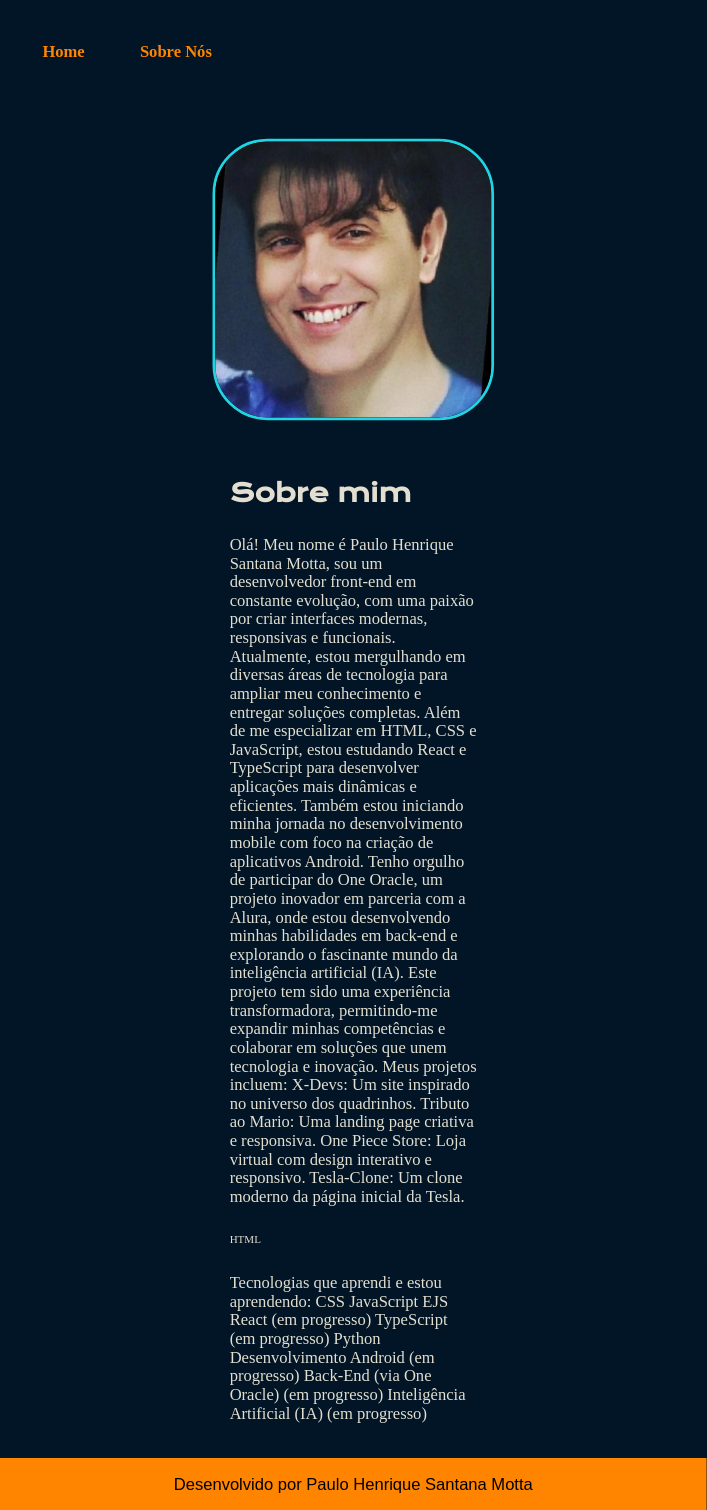
Repository: phsmottanerd/projeto-portfolio-alura
Page: about.html
An editor plug-in stored every save of this project. The page is shown before and after the next save, followed by the edit.
The browser window is 1024 px wide. The pictures show the whole page, at 69% of full size.

Above is the page before, as saved 2025-01-30 02:07:41.

After the next save:
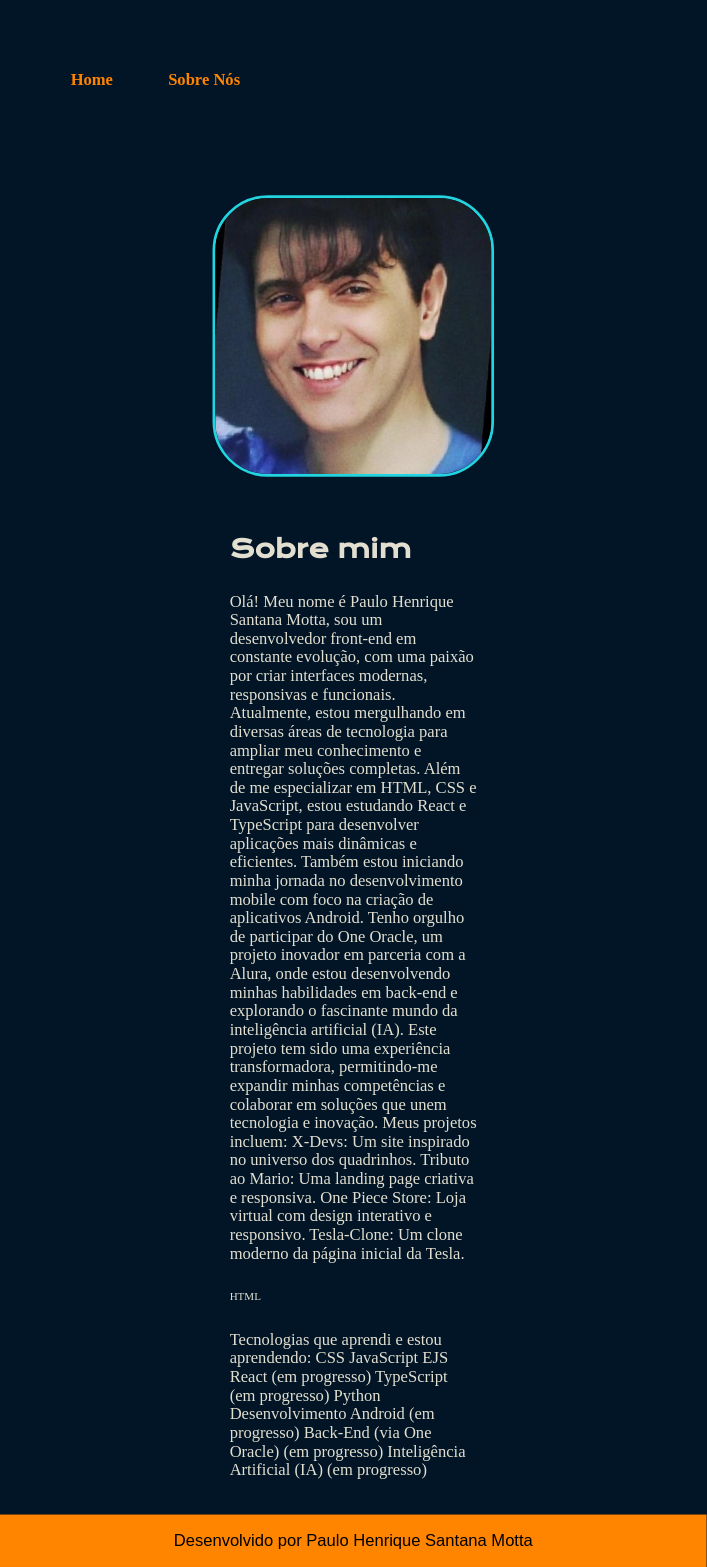
Saved 48 s later.
--- a/estilos/style.css
+++ b/estilos/style.css
@@ -120,7 +120,7 @@ body {
 }
 @media(max-width: 1200px){
 .cabecalho{
-  padding: 6%;
+  padding: 10%;
 }
   .apresentacao{
 flex-direction:column-reverse;
